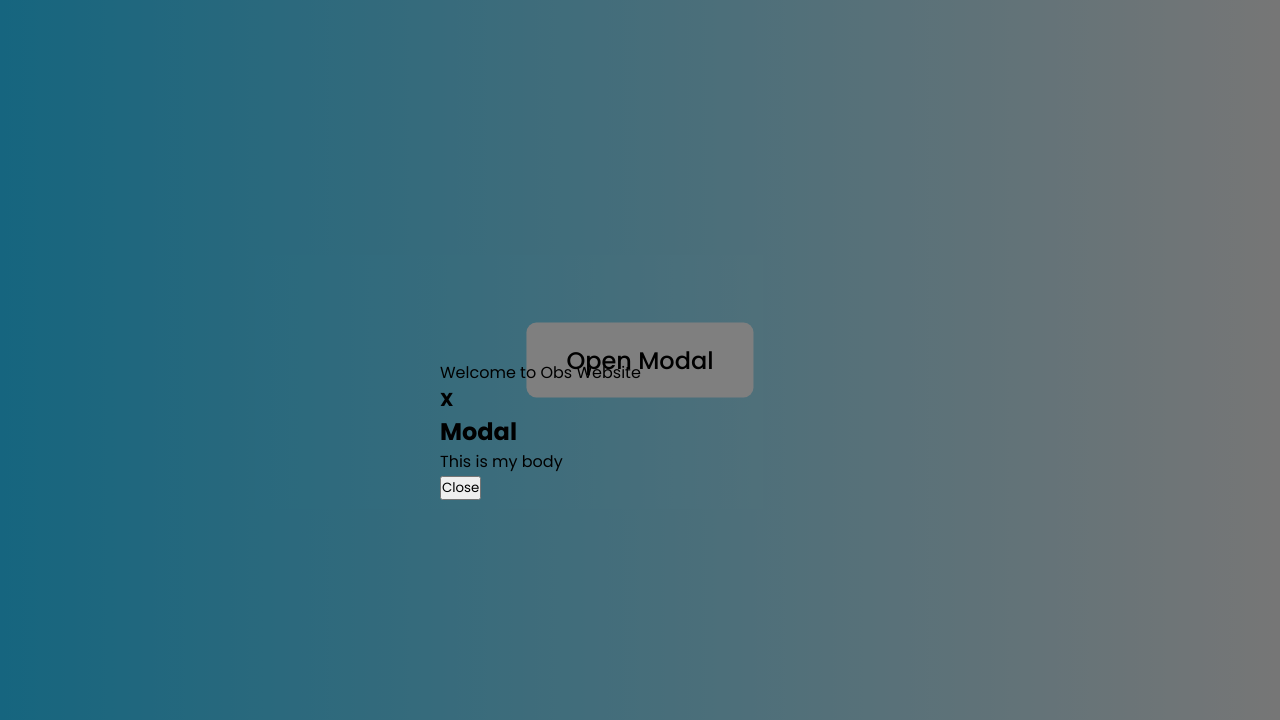
Repository: lausamtuong/Modal_card
Page: index.html
An editor plug-in stored every save of this project. The page is shown before and after a run of saves, followed by the edit.
The browser window is 1280 px wide. The pictures show the whole page.
The style sheet was rebuilt from its Sass, Less or Tailwind sources for each picture, by a compiler version that may differ from the author's.

Above is the page before, as saved 2021-12-15 06:52:00.

### index.html
<!DOCTYPE html>
<html lang="en">
<head>
    <meta charset="UTF-8">
    <meta http-equiv="X-UA-Compatible" content="IE=edge">
    <meta name="viewport" content="width=device-width, initial-scale=1.0">
    <link rel="stylesheet" href="style.css">
    <link href="https://fonts.googleapis.com/css2?family=Poppins:wght@400;500;700&display=swap" rel="stylesheet">
    <title>Document</title>
</head>
<body>
    <button class="open__btn">Open Modal</button>
    <div class="modal">
        <div class="modal__inner">
            <div class="modal__header">
                <p>Welcome to Obs Website</p>
                <h3>X</h3>
            </div>
            <div class="modal__body">
                <h2>Modal</h2>
                <p>This is my body</p>
            </div>
            <div class="modal__footer">
                <button class="modal__close-btn">Close</button>
            </div>
        </div>
    </div>
</body>
</html>

### style.scss
*{
    margin: 0;
    padding: 0;
    box-sizing: border-box;
    font-family: 'Poppins', sans-serif;
}
body{
    height: 100vh;
    background:  linear-gradient( to right,#2cccff ,#eee );;
}
.open__btn{
     position: relative;;
   top:50%;
   left:50%;
   transform: translate(-50%,-50%);
   outline: none;
   border: none;
   padding : 20px 40px;
   font-weight: 500;
   font-size: 1.5rem;
   border-radius: 10px;
   background-color:#fff;
   &:hover{
      opacity: 0.7;
       cursor: pointer;
       transition: 0.5s;
   }
}
.modal{
    background-color: rgba(0,0,0,0.5);
    position:fixed;
    top:0;
    height: 100vh;
    width:100vw;
    &__inner{
        position:relative;
        width:400px;
        top:50%;
        margin : auto;
    }
}

After the next 3 saves:
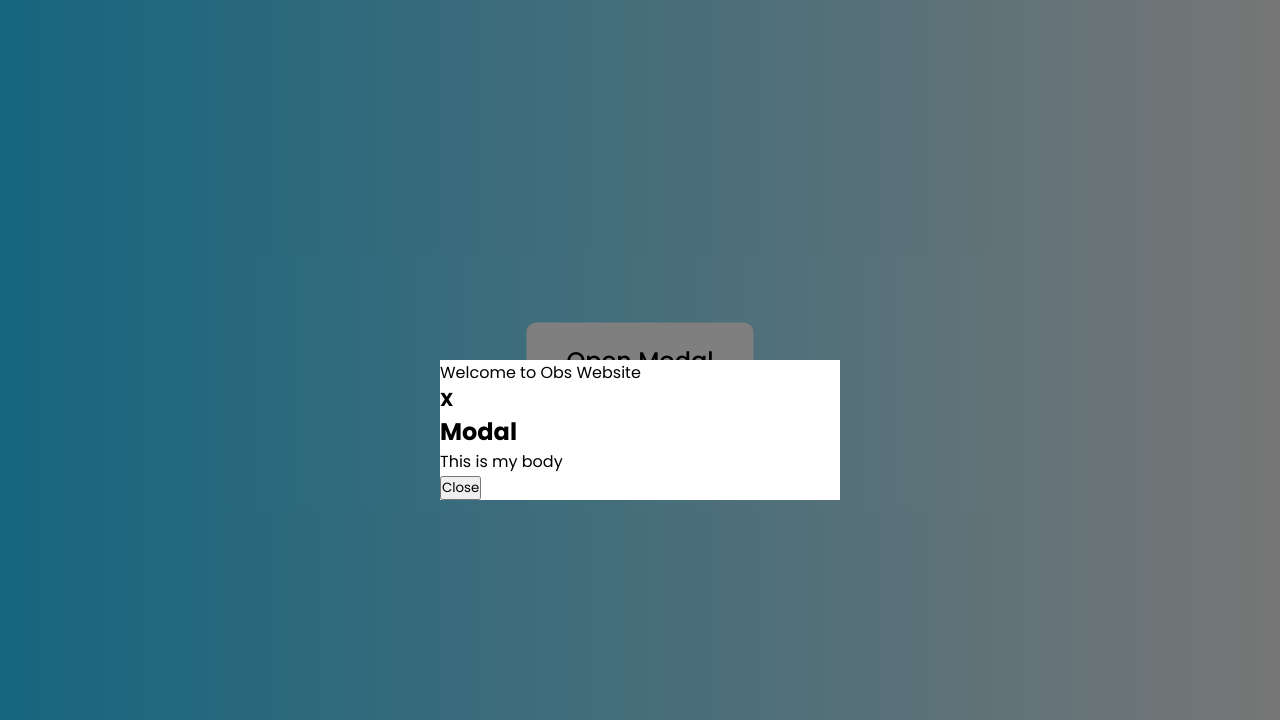
The 3 saves are shown as one change because 1 did not build or start and some came seconds apart.
The last was saved 30 s later.
--- a/style.scss
+++ b/style.scss
@@ -37,5 +37,6 @@ body{
         width:400px;
         top:50%;
         margin : auto;
+        background-color: #fff;
     }
 }
